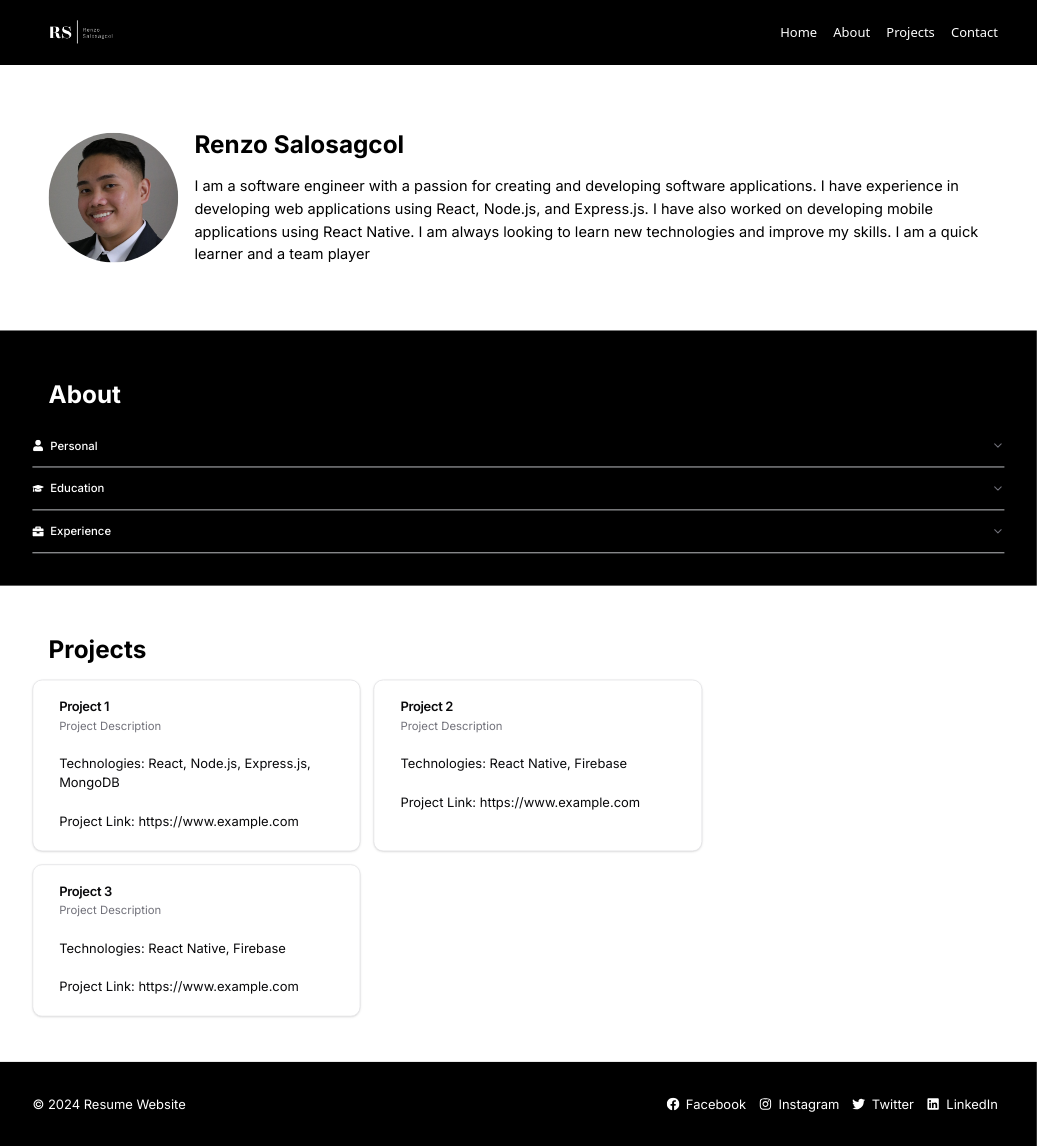
Repository: Renzo-Salosagcol/Portfolio-Website
Page: / (app in resume_website/)
The author's editor kept a copy of each file at every save. The page is drawn from the files as they stood at one save, then again after the next save.
The browser window is 1280 px wide. The pictures show the whole page, at 81% of full size.
The project was rebuilt for these pictures with package versions that can differ from the ones it lists, and the page was loaded fresh each time. Also part of the build but not shown: resume_website/vite.config.js.

Above is the page before, as saved 2024-12-11 16:52:32.

### resume_website/index.html
<!doctype html>
<html lang="en">
  <head>
    <meta charset="UTF-8" />
    <link rel="icon" type="image/svg+xml" href="/vite.svg" />
    <meta name="viewport" content="width=device-width, initial-scale=1.0" />
    <title>Renzo Salosagcol</title>
  </head>
  <body>
    <div id="root"></div>
    <script type="module" src="/src/main.jsx"></script>
  </body>
</html>

### resume_website/src/index.css
@import url('https://fonts.googleapis.com/css2?family=Inter:opsz,wght@14..32,100..900&family=Roboto:wght@400;500;700&display=swap');

@tailwind base;
@tailwind components;
@tailwind utilities;

:root {
  font-family: "Inter", sans-serif;
}

### resume_website/src/App.jsx
import Nav from './components/Nav'
import Hero from "./components/Hero";
import About from "./components/about";
import Projects from "./components/projects";
import Footer from "./components/footer";

const App = () => {
  return (
    <div>
      <div class="fixed h-full w-full bg-blue"><div class="absolute bottom-0 left-0 right-0 top-0 bg-[url(&#x27;/noise.png&#x27;)] bg-[size:300px_300px] bg-left-top"></div>
      </div>
      <nav className="fixed block w-full h-20 top-0">
        <Nav />
      </nav>
      <main className="mt-20">
        <Hero />
        <About />
        <Projects />
      </main>
      <footer>
        <Footer />
      </footer>
    </div>
  )
}

export default App;

### resume_website/src/components/Nav.jsx
import logoImage from "../assets/InitialPortfolioLogo.png";
import {
  NavigationMenu,
  NavigationMenuContent,
  NavigationMenuIndicator,
  NavigationMenuItem,
  NavigationMenuLink,
  NavigationMenuList,
  NavigationMenuTrigger,
  NavigationMenuViewport,
} from "../components/ui/navigation-menu";
import { navigationMenuTriggerStyle } from "../components/ui/navigation-menu";


const Nav = () => {
  return (
    <nav className="flex items-center bg-black w-full justify-between h-10 p-10 top-0">
      <div className="mx-5 flex-shrink-0">
        <img className="w-20 h-15" src={logoImage} alt="logo" />
      </div>
      <div className="flex-1 flex justify-end text-white">
        <NavigationMenu className="font-sans w-max">
          <NavigationMenuList className="flex">
            <NavigationMenuItem className="flex-1 px-2">
              <NavigationMenuLink href="#" className="hover:underline">Home</NavigationMenuLink>
            </NavigationMenuItem>
            <NavigationMenuItem className="flex-1 px-2">
              <NavigationMenuLink href="#" className="hover:underline">About</NavigationMenuLink>
            </NavigationMenuItem>
            <NavigationMenuItem className="flex-1 px-2">
              <NavigationMenuLink href="#" className="hover:underline">Projects</NavigationMenuLink>
            </NavigationMenuItem>
            <NavigationMenuItem className="flex-1 px-2">
              <NavigationMenuLink href="#" className="hover:underline">Contact</NavigationMenuLink>
            </NavigationMenuItem>
          </NavigationMenuList>
        </NavigationMenu>
      </div>
    </nav>
  );
}

export default Nav;

### resume_website/src/components/Hero.jsx
import profilePic from "../assets/ProfilePic.png";
import {HERO_INFO} from "../assets/constants";

const Hero = () => {
  return (
    <div className="bg-white text-black w-full flex items-center justify-between py-20 px-10">
      <img src={ profilePic } alt="profile" className="w-50 h-40 rounded-full mx-5"/>
      <div className="justify-items-start">
        <h1 className="text-3xl font-bold mb-5">Renzo Salosagcol</h1>
        <p className="text-lg">{HERO_INFO}</p>
      </div>
    </div>
  );
};

export default Hero;

### resume_website/src/components/about.jsx
import {
  Accordion,
  AccordionContent,
  AccordionItem,
  AccordionTrigger,
} from "@/components/ui/accordion"
import { PERSONAL_INFO, EDUCATION_INFO, EXPERIENCE_INFO } from "../assets/constants";
import { FaBriefcase, FaUser, FaGraduationCap } from "react-icons/fa"


const About = () => {
  return (
    <div className="p-10 bg-black text-white">
      <h1 className="text-3xl font-bold p-5">About</h1>
      <Accordion type="multiple" collapsible className="w-full">
        <AccordionItem value="item-1" className="">
          <AccordionTrigger className="justify-items-center"><div className="flex items-center"><FaUser /><div className="ml-2">Personal</div></div></AccordionTrigger>
          <AccordionContent>
            <div>{ PERSONAL_INFO }</div>
          </AccordionContent>
        </AccordionItem>
        <AccordionItem value="item-2">
        <AccordionTrigger className="justify-items-center"><div className="flex items-center"><FaGraduationCap /><div className="ml-2">Education</div></div></AccordionTrigger>
          <AccordionContent>
            <div>{ EDUCATION_INFO }</div>
          </AccordionContent>
        </AccordionItem>
        <AccordionItem value="item-3">
        <AccordionTrigger className="justify-items-center"><div className="flex items-center"><FaBriefcase /><div className="ml-2">Experience</div></div></AccordionTrigger>
          <AccordionContent>
            <div>{ EXPERIENCE_INFO }</div>
          </AccordionContent>
        </AccordionItem>
      </Accordion>
    </div>
  );
}

export default About;

### resume_website/src/components/projects.jsx
import {
  Card,
  CardContent,
  CardDescription,
  CardFooter,
  CardHeader,
  CardTitle,
} from "@/components/ui/card"

const Projects = () => {
  return (
    <div className="p-10">
      <h1 className="text-3xl font-bold p-5">Projects</h1>
      <div className="flex flex-col md:flex-row md:flex-wrap md:-mx-2">
        <Card className="mb-4 md:w-1/2 lg:w-1/3 md:px-2 mx-2 justify-between">
          <CardHeader>
            <CardTitle>Project 1</CardTitle>
            <CardDescription>Project Description</CardDescription>
          </CardHeader>
          <CardContent>
            <p>Technologies: React, Node.js, Express.js, MongoDB</p>
          </CardContent>
          <CardFooter>
            <p>Project Link: <a href="https://www.example.com">https://www.example.com</a></p>
          </CardFooter>
        </Card>
        <Card className="mb-4 md:w-1/2 lg:w-1/3 md:px-2 mx-2">
          <CardHeader>
            <CardTitle>Project 2</CardTitle>
            <CardDescription>Project Description</CardDescription>
          </CardHeader>
          <CardContent>
            <p>Technologies: React Native, Firebase</p>
          </CardContent>
          <CardFooter>
            <p>Project Link: <a href="https://www.example.com">https://www.example.com</a></p>
          </CardFooter>
        </Card>
        <Card className="mb-4 md:w-1/2 lg:w-1/3 md:px-2 mx-2">
          <CardHeader>
            <CardTitle>Project 3</CardTitle>
            <CardDescription>Project Description</CardDescription>
          </CardHeader>
          <CardContent>
            <p>Technologies: React Native, Firebase</p>
          </CardContent>
          <CardFooter>
            <p>Project Link: <a href="https://www.example.com">https://www.example.com</a></p>
          </CardFooter>
        </Card>
      </div>
    </div>
  );
}

export default Projects;

### resume_website/src/components/footer.jsx
import { FaFacebook, FaInstagram, FaTwitter, FaLinkedin} from 'react-icons/fa';

const Footer = () => {
  return (
    <footer className="bg-black text-white p-10 flex items-center">
      <p className='flex-shrink-0'>© 2024 Resume Website</p>
      <ul className='flex flex-1 justify-end'>
        <li className='hover:underline'>
          <a className='flex items-center mx-2' href=''>
            <FaFacebook />
            <div className='ml-2'>Facebook</div>
          </a>
        </li>
        <li className=''>
          <a className='flex items-center mx-2'>
            <FaInstagram />
            <div className='ml-2'>Instagram</div>
          </a>
        </li>
        <li className=''>
          <a className='flex items-center mx-2'>
            <FaTwitter />
            <div className='ml-2'>Twitter</div>
          </a>
        </li>
        <li className=''>
          <a className='flex items-center mx-2'>
            <FaLinkedin />
            <div className='ml-2'>LinkedIn</div>
          </a>
        </li>
      </ul>
    </footer>
  );
}

export default Footer;

### resume_website/src/components/ui/navigation-menu.jsx
import * as React from "react"
import * as NavigationMenuPrimitive from "@radix-ui/react-navigation-menu"
import { cva } from "class-variance-authority"
import { ChevronDown } from "lucide-react"

import { cn } from "@/lib/utils"

const NavigationMenu = React.forwardRef(({ className, children, ...props }, ref) => (
  <NavigationMenuPrimitive.Root
    ref={ref}
    className={cn(
      "relative z-10 flex max-w-max flex-1 items-center justify-center",
      className
    )}
    {...props}>
    {children}
    <NavigationMenuViewport />
  </NavigationMenuPrimitive.Root>
))
NavigationMenu.displayName = NavigationMenuPrimitive.Root.displayName

const NavigationMenuList = React.forwardRef(({ className, ...props }, ref) => (
  <NavigationMenuPrimitive.List
    ref={ref}
    className={cn(
      "group flex flex-1 list-none items-center justify-center space-x-1",
      className
    )}
    {...props} />
))
NavigationMenuList.displayName = NavigationMenuPrimitive.List.displayName

const NavigationMenuItem = NavigationMenuPrimitive.Item

const navigationMenuTriggerStyle = cva(
  "group inline-flex h-9 w-max items-center justify-center rounded-md bg-white px-4 py-2 text-sm font-medium transition-colors hover:bg-zinc-100 hover:text-zinc-900 focus:bg-zinc-100 focus:text-zinc-900 focus:outline-none disabled:pointer-events-none disabled:opacity-50 data-[active]:bg-zinc-100/50 data-[state=open]:bg-zinc-100/50 dark:bg-zinc-950 dark:hover:bg-zinc-800 dark:hover:text-zinc-50 dark:focus:bg-zinc-800 dark:focus:text-zinc-50 dark:data-[active]:bg-zinc-800/50 dark:data-[state=open]:bg-zinc-800/50"
)

const NavigationMenuTrigger = React.forwardRef(({ className, children, ...props }, ref) => (
  <NavigationMenuPrimitive.Trigger
    ref={ref}
    className={cn(navigationMenuTriggerStyle(), "group", className)}
    {...props}>
    {children}{""}
    <ChevronDown
      className="relative top-[1px] ml-1 h-3 w-3 transition duration-300 group-data-[state=open]:rotate-180"
      aria-hidden="true" />
  </NavigationMenuPrimitive.Trigger>
))
NavigationMenuTrigger.displayName = NavigationMenuPrimitive.Trigger.displayName

const NavigationMenuContent = React.forwardRef(({ className, ...props }, ref) => (
  <NavigationMenuPrimitive.Content
    ref={ref}
    className={cn(
      "left-0 top-0 w-full data-[motion^=from-]:animate-in data-[motion^=to-]:animate-out data-[motion^=from-]:fade-in data-[motion^=to-]:fade-out data-[motion=from-end]:slide-in-from-right-52 data-[motion=from-start]:slide-in-from-left-52 data-[motion=to-end]:slide-out-to-right-52 data-[motion=to-start]:slide-out-to-left-52 md:absolute md:w-auto",
      className
    )}
    {...props} />
))
NavigationMenuContent.displayName = NavigationMenuPrimitive.Content.displayName

const NavigationMenuLink = NavigationMenuPrimitive.Link

const NavigationMenuViewport = React.forwardRef(({ className, ...props }, ref) => (
  <div className={cn("absolute left-0 top-full flex justify-center")}>
    <NavigationMenuPrimitive.Viewport
      className={cn(
        "origin-top-center relative mt-1.5 h-[var(--radix-navigation-menu-viewport-height)] w-full overflow-hidden rounded-md border border-zinc-200 bg-white text-zinc-950 shadow data-[state=open]:animate-in data-[state=closed]:animate-out data-[state=closed]:zoom-out-95 data-[state=open]:zoom-in-90 md:w-[var(--radix-navigation-menu-viewport-width)] dark:border-zinc-800 dark:bg-zinc-950 dark:text-zinc-50",
        className
      )}
      ref={ref}
      {...props} />
  </div>
))
NavigationMenuViewport.displayName =
  NavigationMenuPrimitive.Viewport.displayName

const NavigationMenuIndicator = React.forwardRef(({ className, ...props }, ref) => (
  <NavigationMenuPrimitive.Indicator
    ref={ref}
    className={cn(
      "top-full z-[1] flex h-1.5 items-end justify-center overflow-hidden data-[state=visible]:animate-in data-[state=hidden]:animate-out data-[state=hidden]:fade-out data-[state=visible]:fade-in",
      className
    )}
    {...props}>
    <div
      className="relative top-[60%] h-2 w-2 rotate-45 rounded-tl-sm bg-zinc-200 shadow-md dark:bg-zinc-800" />
  </NavigationMenuPrimitive.Indicator>
))
NavigationMenuIndicator.displayName =
  NavigationMenuPrimitive.Indicator.displayName

export {
  navigationMenuTriggerStyle,
  NavigationMenu,
  NavigationMenuList,
  NavigationMenuItem,
  NavigationMenuContent,
  NavigationMenuTrigger,
  NavigationMenuLink,
  NavigationMenuIndicator,
  NavigationMenuViewport,
}

### resume_website/src/assets/constants.js
export const HERO_INFO = "I am a software engineer with a passion for creating and developing software applications. I have experience in developing web applications using React, Node.js, and Express.js. I have also worked on developing mobile applications using React Native. I am always looking to learn new technologies and improve my skills. I am a quick learner and a team player"

export const PERSONAL_INFO = "Personal: John Doe is located in Fullerton, California, United States. Contact: johndoe@example.com | (123) 456-7890. LinkedIn: linkedin.com/in/johndoe. Passionate and results-oriented software engineer with 5+ years of experience in developing scalable web applications. Adept at collaborating with cross-functional teams and committed to staying updated with the latest industry trends."

export const EDUCATION_INFO = "Education: Master of Science in Computer Science, University of California, Irvine, CA. Graduated: June 2022. Relevant Courses: Advanced Algorithms, Machine Learning, Distributed Systems. Bachelor of Science in Computer Science, California State University, Fullerton, CA. Graduated: May 2020. Relevant Courses: Data Structures, Database Management, Software Engineering."

export const EXPERIENCE_INFO = "Experience: Software Engineer at Tech Innovators Inc., Los Angeles, CA (June 2022 - Present). Developed and maintained web applications using React, Node.js, and MongoDB. Implemented RESTful APIs to enhance the functionality of the company's services. Collaborated with the product team to design and optimize user experiences. Junior Software Developer at Web Solutions LLC, Anaheim, CA (August 2020 - May 2022). Assisted in the development of e-commerce websites using HTML, CSS, and JavaScript. Worked closely with senior developers to troubleshoot and resolve software issues. Participated in code reviews and contributed to the improvement of development processes. Intern at Digital Innovations, Santa Ana, CA (June 2019 - August 2019). Supported the development of mobile applications using Flutter. Conducted testing and debugging to ensure app functionality and performance. Engaged in team meetings to discuss project progress and challenges."

### resume_website/src/components/ui/accordion.jsx
import * as React from "react"
import * as AccordionPrimitive from "@radix-ui/react-accordion"
import { ChevronDown } from "lucide-react"

import { cn } from "@/lib/utils"

const Accordion = AccordionPrimitive.Root

const AccordionItem = React.forwardRef(({ className, ...props }, ref) => (
  <AccordionPrimitive.Item ref={ref} className={cn("border-b", className)} {...props} />
))
AccordionItem.displayName = "AccordionItem"

const AccordionTrigger = React.forwardRef(({ className, children, ...props }, ref) => (
  <AccordionPrimitive.Header className="flex">
    <AccordionPrimitive.Trigger
      ref={ref}
      className={cn(
        "flex flex-1 items-center justify-between py-4 text-sm font-medium transition-all hover:underline text-left [&[data-state=open]>svg]:rotate-180",
        className
      )}
      {...props}>
      {children}
      <ChevronDown
        className="h-4 w-4 shrink-0 text-zinc-500 transition-transform duration-200 dark:text-zinc-400" />
    </AccordionPrimitive.Trigger>
  </AccordionPrimitive.Header>
))
AccordionTrigger.displayName = AccordionPrimitive.Trigger.displayName

const AccordionContent = React.forwardRef(({ className, children, ...props }, ref) => (
  <AccordionPrimitive.Content
    ref={ref}
    className="overflow-hidden text-sm data-[state=closed]:animate-accordion-up data-[state=open]:animate-accordion-down"
    {...props}>
    <div className={cn("pb-4 pt-0", className)}>{children}</div>
  </AccordionPrimitive.Content>
))
AccordionContent.displayName = AccordionPrimitive.Content.displayName

export { Accordion, AccordionItem, AccordionTrigger, AccordionContent }

### resume_website/src/components/ui/card.jsx
import * as React from "react"

import { cn } from "@/lib/utils"

const Card = React.forwardRef(({ className, ...props }, ref) => (
  <div
    ref={ref}
    className={cn(
      "rounded-xl border border-zinc-200 bg-white text-zinc-950 shadow dark:border-zinc-800 dark:bg-zinc-950 dark:text-zinc-50",
      className
    )}
    {...props} />
))
Card.displayName = "Card"

const CardHeader = React.forwardRef(({ className, ...props }, ref) => (
  <div
    ref={ref}
    className={cn("flex flex-col space-y-1.5 p-6", className)}
    {...props} />
))
CardHeader.displayName = "CardHeader"

const CardTitle = React.forwardRef(({ className, ...props }, ref) => (
  <div
    ref={ref}
    className={cn("font-semibold leading-none tracking-tight", className)}
    {...props} />
))
CardTitle.displayName = "CardTitle"

const CardDescription = React.forwardRef(({ className, ...props }, ref) => (
  <div
    ref={ref}
    className={cn("text-sm text-zinc-500 dark:text-zinc-400", className)}
    {...props} />
))
CardDescription.displayName = "CardDescription"

const CardContent = React.forwardRef(({ className, ...props }, ref) => (
  <div ref={ref} className={cn("p-6 pt-0", className)} {...props} />
))
CardContent.displayName = "CardContent"

const CardFooter = React.forwardRef(({ className, ...props }, ref) => (
  <div
    ref={ref}
    className={cn("flex items-center p-6 pt-0", className)}
    {...props} />
))
CardFooter.displayName = "CardFooter"

export { Card, CardHeader, CardFooter, CardTitle, CardDescription, CardContent }

Loaded but not shown: resume_website/src/main.jsx (common file); resume_website/src/lib/utils.js (common file); resume_website/tailwind.config.js (common file)

After the next save:
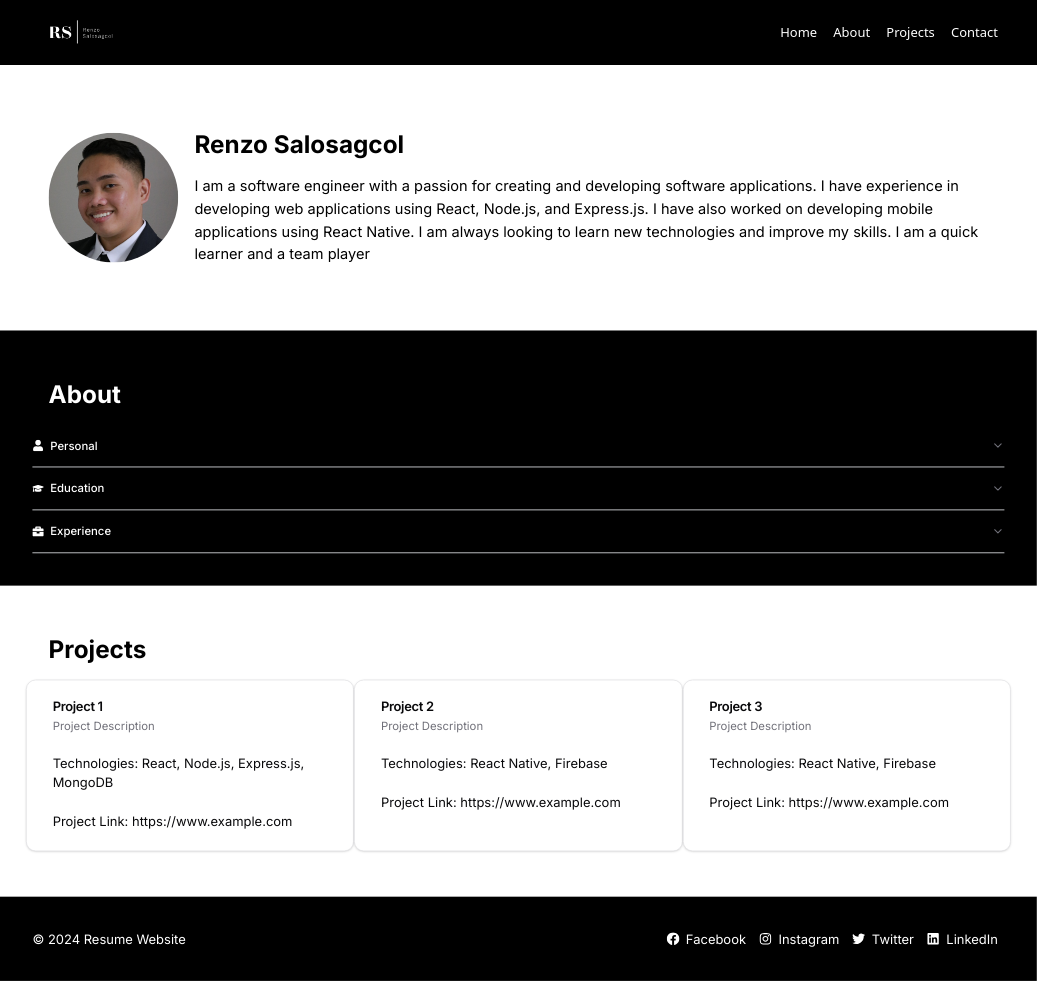
Saved 2 min 50 s later.
--- a/resume_website/src/components/projects.jsx
+++ b/resume_website/src/components/projects.jsx
@@ -11,8 +11,8 @@ const Projects = () => {
   return (
     <div className="p-10">
       <h1 className="text-3xl font-bold p-5">Projects</h1>
-      <div className="flex flex-col md:flex-row md:flex-wrap md:-mx-2">
-        <Card className="mb-4 md:w-1/2 lg:w-1/3 md:px-2 mx-2 justify-between">
+      <div className="flex flex-col md:flex-row md:flex-wrap md:-mx-2 justify-between">
+        <Card className="mb-4 md:w-1/2 lg:w-1/3 md:px-2">
           <CardHeader>
             <CardTitle>Project 1</CardTitle>
             <CardDescription>Project Description</CardDescription>
@@ -24,7 +24,7 @@ const Projects = () => {
             <p>Project Link: <a href="https://www.example.com">https://www.example.com</a></p>
           </CardFooter>
         </Card>
-        <Card className="mb-4 md:w-1/2 lg:w-1/3 md:px-2 mx-2">
+        <Card className="mb-4 md:w-1/2 lg:w-1/3 md:px-2">
           <CardHeader>
             <CardTitle>Project 2</CardTitle>
             <CardDescription>Project Description</CardDescription>
@@ -36,7 +36,7 @@ const Projects = () => {
             <p>Project Link: <a href="https://www.example.com">https://www.example.com</a></p>
           </CardFooter>
         </Card>
-        <Card className="mb-4 md:w-1/2 lg:w-1/3 md:px-2 mx-2">
+        <Card className="mb-4 md:w-1/2 lg:w-1/3 md:px-2">
           <CardHeader>
             <CardTitle>Project 3</CardTitle>
             <CardDescription>Project Description</CardDescription>
